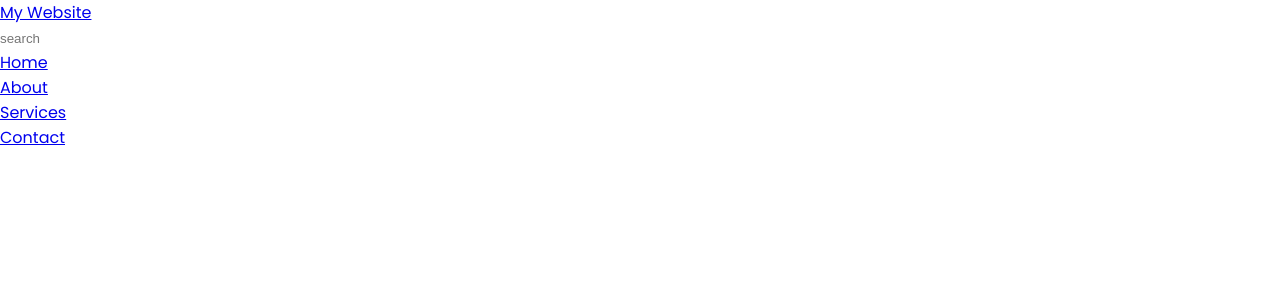
Repository: vncntxl/assesment3
Page: index.html
These files come from the project's save history. The page is drawn as it stood at one moment and after the next save; the edit follows.
The browser window is 1280 px wide. The pictures show the whole page.

Above is the page before, as saved 2024-08-21 17:00:56.

After the next save:
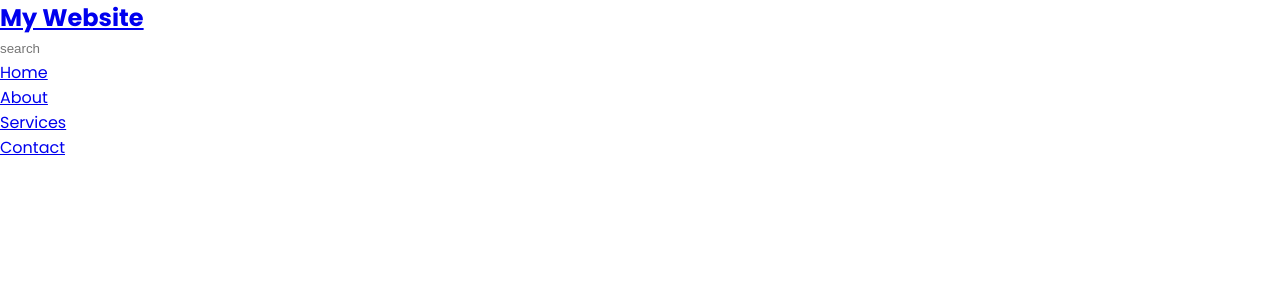
Saved 17 s later.
--- a/index.html
+++ b/index.html
@@ -9,7 +9,7 @@
 <body>
     <nav class="nav">
         <div class="container">
-            <a href="#">My Website</a>
+           <h2> <a href="#">My Website</a></h2>
             <div class="search-bar">
                 <i class="uil uil-search"></i>
                 <input type="search" placeholder="search">
